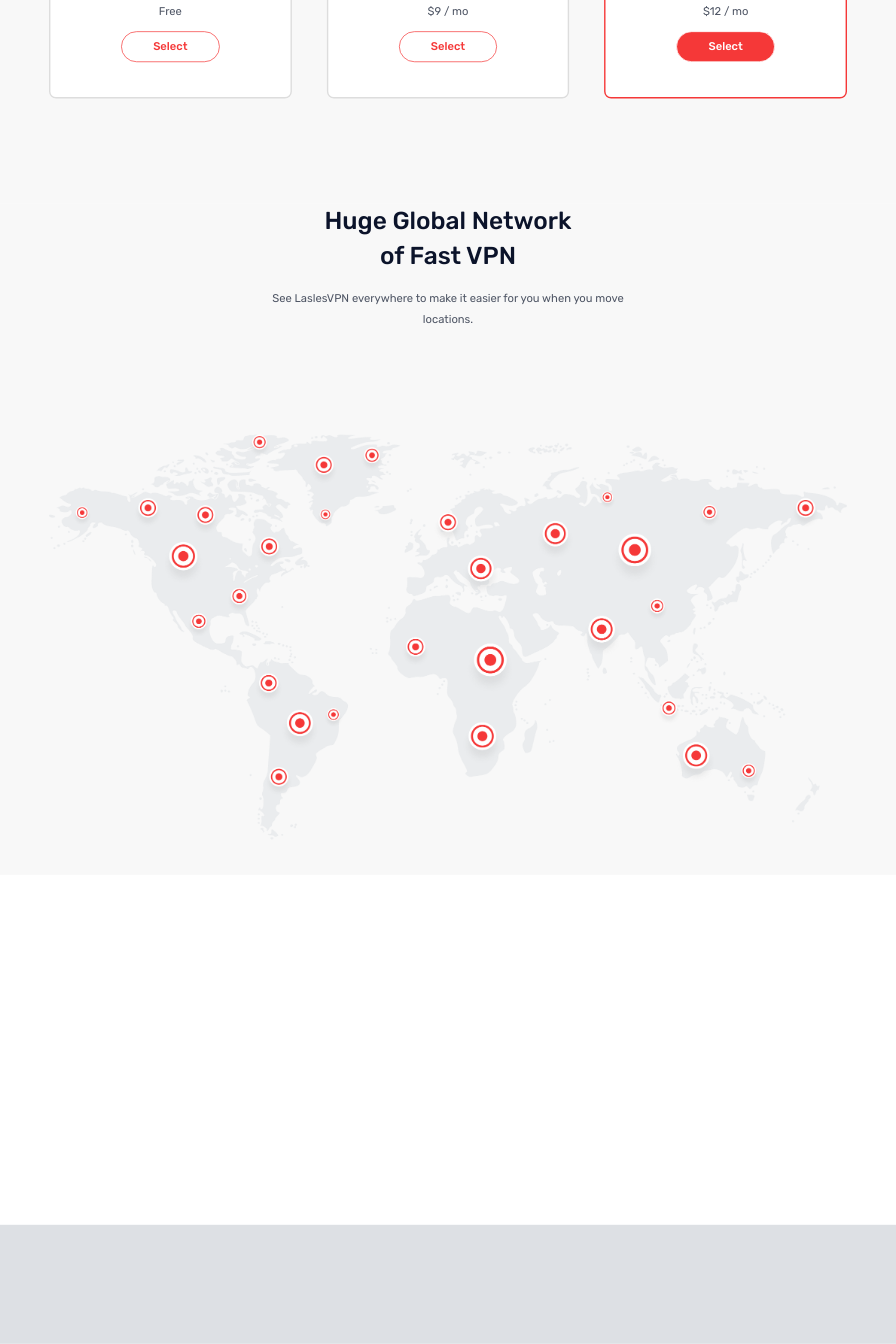
Repository: dangpham205/LaslesVPN-Landing-Page
Page: index.html
The author's editor kept a copy of each file at every save. The page is drawn from the files as they stood at one save, then again after a run of saves.
The browser window is 1280 px wide. The pictures show the part of the page from y = 2334 to 4254 px (the page is 4254 px tall before and 4213 px after), at 70% of full size.

Above is the page before, as saved 2022-07-20 17:26:16.

### index.html
<!DOCTYPE html>
<html lang="en">
<head>
    <meta charset="UTF-8">
    <meta http-equiv="X-UA-Compatible" content="IE=edge">
    <meta name="viewport" content="width=device-width, initial-scale=1.0">
    <title>Lasles</title>
    <link rel="preconnect" href="https://fonts.googleapis.com" />
    <link rel="preconnect" href="https://fonts.gstatic.com" crossorigin />
    <link
      href="https://fonts.googleapis.com/css2?family=Rubik:wght@400;500;700&display=swap"
      rel="stylesheet"
    />
    <link rel="stylesheet" href="./assets/css/style.css">
</head>
<body>
    <div class="wrapper">

        <!-- Menu -->
        <header class="menu">
            <div class="container">
                <div class="menu__container">
                    <img srcset="./assets/img/logo.png 2x" alt="" class="menu__logo" />
                    <div class="menu__list">
                        <div class="menu__item">
                            <a href="" class="menu__item-link">About</a>
                        </div>
                        <div class="menu__item">
                            <a href="" class="menu__item-link">Features</a>
                        </div>
                        <div class="menu__item">
                            <a href="" class="menu__item-link">Pricing</a>
                        </div>
                        <div class="menu__item">
                            <a href="" class="menu__item-link">Testimonials</a>
                        </div>
                        <div class="menu__item">
                            <a href="" class="menu__item-link">Help</a>
                        </div>
                    </div>
                    <div class="menu__buttons">
                        <a href="" class="menu__button--sign-in">Sign In</a>
                        <a href="" class="button button--outline menu__button--sign-up">Sign Up</a>
                    </div>
                </div>
            </div>
        </header>

        <main>
            <!-- hero -->
            <section class="hero">
                <div class="container">
                    <div class="hero__container">
                        <div class="hero__content">
                            <h1 class="hero__title">Want anything to be easy with <strong>LaslesVPN</strong>.</h1>
                            <p class="hero__desc text">Provide a network for all your needs with ease and fun using LaslesVPN discover interesting features from us.</p>
                            <a href="" class="button button--primary button--rounded button--shadow">Get Started</a>
                        </div>
                        <div class="hero__image">
                            <img srcset="./assets/img/hero.png 2x" alt="">
                        </div>
                    </div>
                </div>
            </section>


            <!-- info -->
            <section class="info">
                <div class="container">
                    <div class="info__container">
                        <div class="info__item">
                            <div class="info__item-image">
                                <img src="" alt="" srcset="./assets/img/user.png 2x">
                            </div>
                            <div class="info__item-text">
                                <h3 class="info__item-title">90+</h3>
                                <p class="info__item-desc">Users</p>
                            </div>
                        </div>
                        <div class="info__item">
                            <div class="info__item-image">
                                <img src="" alt="" srcset="./assets/img/location.png 2x">
                            </div>
                            <div class="info__item-text">
                                <h3 class="info__item-title">30+</h3>
                                <p class="info__item-desc">Locations</p>
                            </div>
                        </div>
                        <div class="info__item">
                            <div class="info__item-image">
                                <img src="" alt="" srcset="./assets/img/Server.png 2x">
                            </div>
                            <div class="info__item-text">
                                <h3 class="info__item-title">50+</h3>
                                <p class="info__item-desc">Servers</p>
                            </div>
                        </div>
                    </div>
                </div>
            </section>

            <!-- feature -->
            <section class="feature">
                <div class="container">
                    <div class="feature__container">
                        <div class="feature__image">
                            <img src="" alt="" srcset="./assets/img/feature.png 2x">
                        </div>
                        <div class="feature__content">
                            <h3 class="feature__title heading">We Provide Many Features You Can Use</h3>
                            <p class="feature__desc text">You can explore the features that we provide with fun and have their own functions each feature.

                            </p>
                            <ul class="feature__list">
                                <li class="feature__item">
                                    <img src="./assets/img/ic-check.svg" alt="" class="feature__item-icon">
                                    <span class="feature__item-text">Powerfull online protection.</span>
                                </li>
                                <li class="feature__item">
                                    <img src="./assets/img/ic-check.svg" alt="" class="feature__item-icon">
                                    <span class="feature__item-text">Internet without borders.</span>
                                </li>
                                <li class="feature__item">
                                    <img src="./assets/img/ic-check.svg" alt="" class="feature__item-icon">
                                    <span class="feature__item-text">Supercharged VPN</span>
                                </li>
                                <li class="feature__item">
                                    <img src="./assets/img/ic-check.svg" alt="" class="feature__item-icon">
                                    <span class="feature__item-text">No specific time limits.</span>
                                </li>
                            </ul>
                        </div>

                    </div>
                </div>
            </section>

            <!-- plan -->
            <section class="plan">
                <div class="container">
                    <div class="plan__container">
                        <div class="plan__header">
                            <h3 class="plan__title heading">Choose Your Plan</h3>
                            <p class="plan__desc text">Let's choose the package that is best for you and explore it happily and cheerfully.</p>
                        </div>
                        <div class="plan__list">
                            <div class="plan__item">
                                <div class="plan__item-image">
                                    <img src="" alt="" srcset="./assets/img/plan.png 2x">
                                </div>
                                <h4 class="plan__item-title heading-small">Free Plan</h4>
                                <ul class="plan__item-details">
                                    <li class="plan__item-detail">
                                        <img src="./assets/img/ic-check-line.svg" alt="">
                                        <span class="plan__item-desc">Unlimited Bandwitch</span>
                                    </li>
                                    <li class="plan__item-detail">
                                        <img src="./assets/img/ic-check-line.svg" alt="">
                                        <span class="plan__item-desc">Encrypted Connection</span>
                                    </li>
                                    <li class="plan__item-detail">
                                        <img src="./assets/img/ic-check-line.svg" alt="">
                                        <span class="plan__item-desc">No Traffic Logs</span>
                                    </li>
                                    <li class="plan__item-detail">
                                        <img src="./assets/img/ic-check-line.svg" alt="">
                                        <span class="plan__item-desc">Works on All Devices</span>
                                    </li>
                                </ul>
                                <div class="plan__item-price">Free</div>
                                <a href="" class="plan__item-btn button button--outline">Select</a>
                            </div>
                            <div class="plan__item">
                                <div class="plan__item-image">
                                    <img src="" alt="" srcset="./assets/img/plan.png 2x">
                                </div>
                                <h4 class="plan__item-title heading-small">Standard Plan</h4>
                                <ul class="plan__item-details">
                                    <li class="plan__item-detail">
                                        <img src="./assets/img/ic-check-line.svg" alt="">
                                        <span class="plan__item-desc">Unlimited Bandwitch</span>
                                    </li>
                                    <li class="plan__item-detail">
                                        <img src="./assets/img/ic-check-line.svg" alt="">
                                        <span class="plan__item-desc">Encrypted Connection</span>
                                    </li>
                                    <li class="plan__item-detail">
                                        <img src="./assets/img/ic-check-line.svg" alt="">
                                        <span class="plan__item-desc">Yes Traffic Logs</span>
                                    </li>
                                    <li class="plan__item-detail">
                                        <img src="./assets/img/ic-check-line.svg" alt="">
                                        <span class="plan__item-desc">Works on All Devices</span>
                                    </li>
                                    <li class="plan__item-detail">
                                        <img src="./assets/img/ic-check-line.svg" alt="">
                                        <span class="plan__item-desc">Connect Anyware</span>
                                    </li>
                                </ul>
                                <div class="plan__item-price">$9 / mo</div>
                                <a href="" class="plan__item-btn button button--outline">Select</a>
                            </div>
                            <div class="plan__item plan__item--active">
                                <div class="plan__item-image">
                                    <img src="" alt="" srcset="./assets/img/plan.png 2x">
                                </div>
                                <h4 class="plan__item-title heading-small">Premium Plan</h4>
                                <ul class="plan__item-details">
                                    <li class="plan__item-detail">
                                        <img src="./assets/img/ic-check-line.svg" alt="">
                                        <span class="plan__item-desc">Unlimited Bandwitch</span>
                                    </li>
                                    <li class="plan__item-detail">
                                        <img src="./assets/img/ic-check-line.svg" alt="">
                                        <span class="plan__item-desc">Encrypted Connection</span>
                                    </li>
                                    <li class="plan__item-detail">
                                        <img src="./assets/img/ic-check-line.svg" alt="">
                                        <span class="plan__item-desc">Yes Traffic Logs</span>
                                    </li>
                                    <li class="plan__item-detail">
                                        <img src="./assets/img/ic-check-line.svg" alt="">
                                        <span class="plan__item-desc">Works on All Devices</span>
                                    </li>
                                    <li class="plan__item-detail">
                                        <img src="./assets/img/ic-check-line.svg" alt="">
                                        <span class="plan__item-desc">Connect Anyware</span>
                                    </li>
                                    <li class="plan__item-detail">
                                        <img src="./assets/img/ic-check-line.svg" alt="">
                                        <span class="plan__item-desc">Get New Features</span>
                                    </li>
                                </ul>
                                <div class="plan__item-price">$12 / mo</div>
                                <a href="" class="plan__item-btn button button--outline">Select</a>
                            </div>
                        </div>
                    </div>
                </div>
            </section>

            <section class="location">
                <div class="container">
                    <div class="location__container">
                        <h3 class="location__title heading">Huge Global Network of Fast VPN</h3>
                        <p class="location__desc text">See LaslesVPN everywhere to make it easier for you when you move locations.</p>
                        <div class="location__image">
                            <img src="" alt="" srcset="./assets/img/map.png">
                        </div>
                    </div>
                </div>
            </section>

            <div class="container" style="height: 500px;"></div>
        </main>


        <footer>

        </footer>

    </div>
</body>
</html>

Loaded but not shown: assets/css/style.css (583 lines, source omitted)

After the next 2 saves:
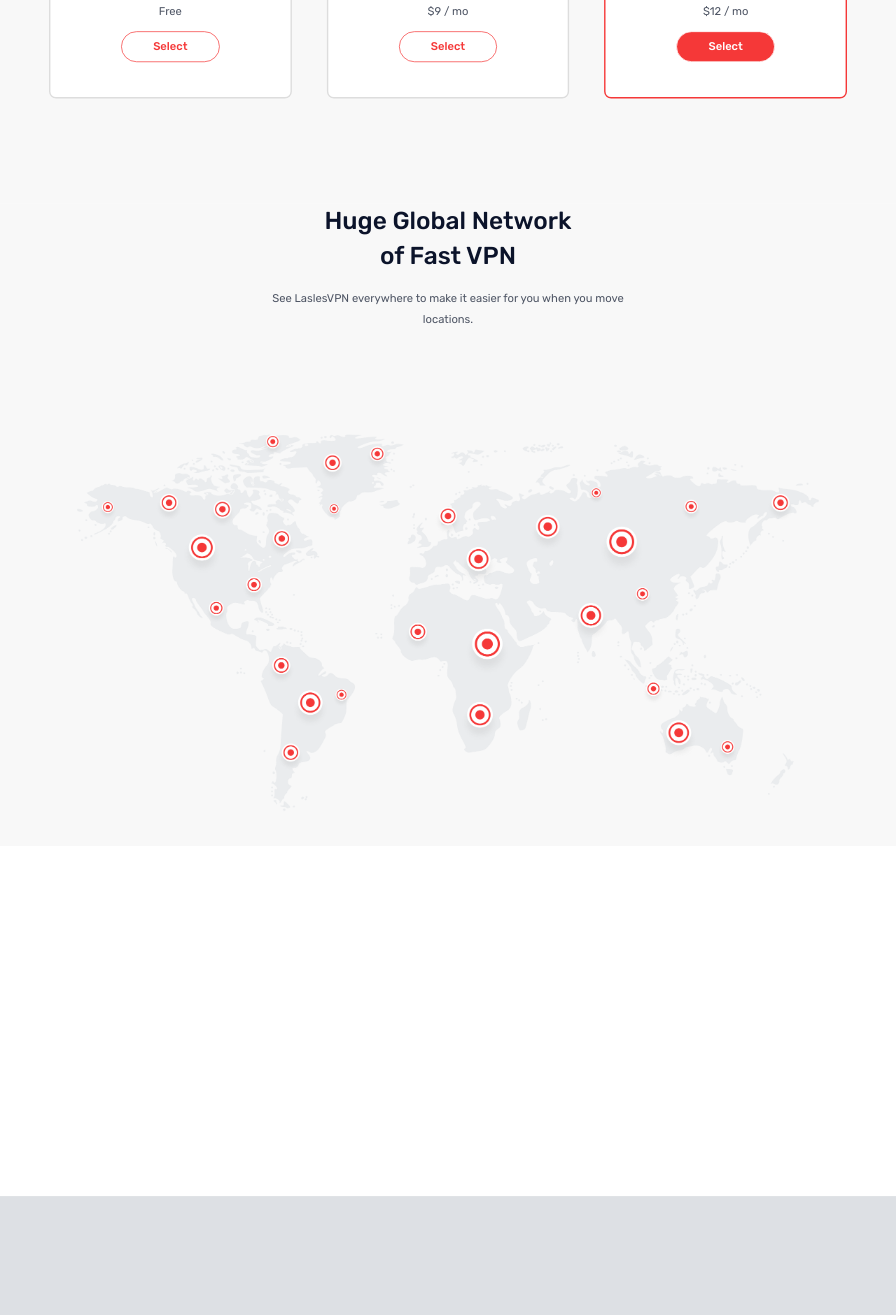
The 2 saves are shown as one change because they came seconds apart.
The last was saved 10 s later.
--- a/index.html
+++ b/index.html
@@ -239,13 +239,14 @@
                 </div>
             </section>
 
+            <!-- location -->
             <section class="location">
                 <div class="container">
                     <div class="location__container">
                         <h3 class="location__title heading">Huge Global Network of Fast VPN</h3>
                         <p class="location__desc text">See LaslesVPN everywhere to make it easier for you when you move locations.</p>
                         <div class="location__image">
-                            <img src="" alt="" srcset="./assets/img/map.png">
+                            <img src="" alt="" srcset="./assets/img/map.png 2x">
                         </div>
                     </div>
                 </div>
